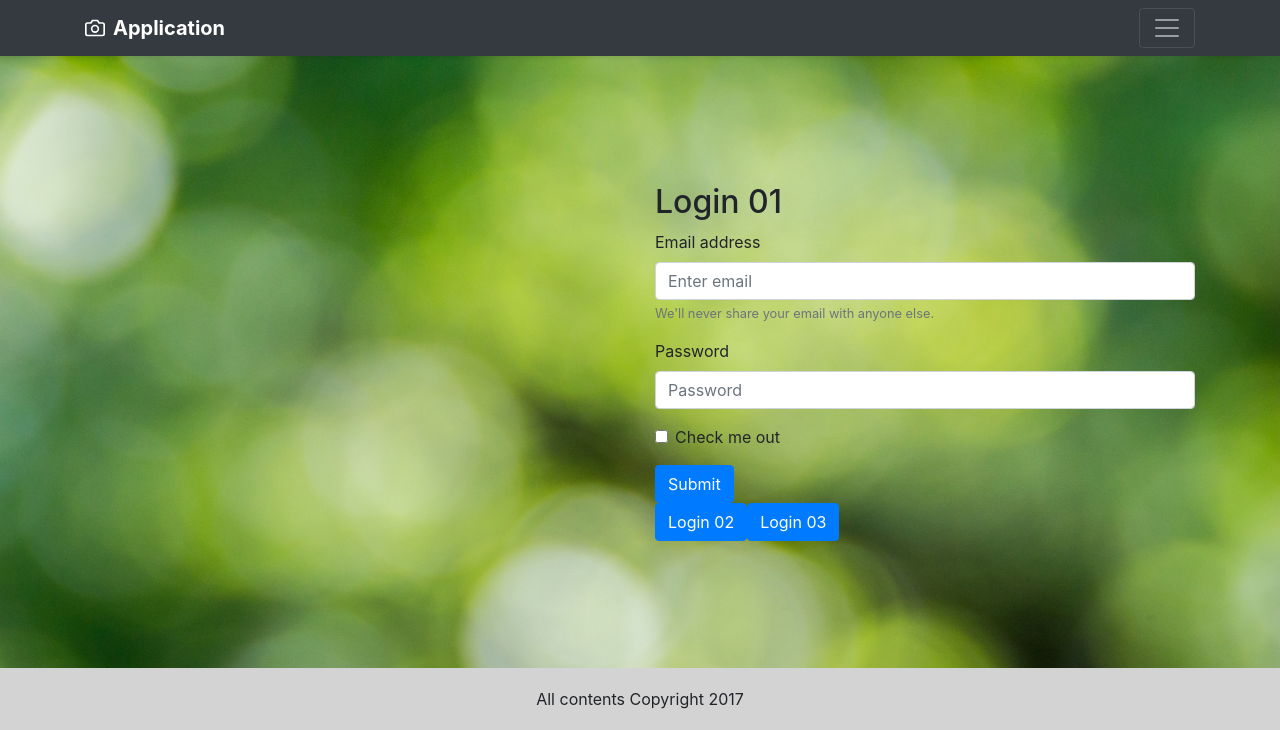
Repository: bijoysen/angular7-landing-login
Page: /
These files come from the project's save history. The page is drawn as it stood at one moment and after the next save; the edit follows.
The browser window is 1280 px wide. The pictures show the whole page.
The project was rebuilt for these pictures with package versions that can differ from the ones it lists, and the page was loaded fresh each time. Also part of the build but not shown: angular.json, src/app/pre/landing/landing.component.ts, src/app/pre/login-two/login-two.component.ts, src/app/pre/login-three/login-three.component.ts.

Above is the page before, as saved 2018-12-17 19:27:59.

After the next save:
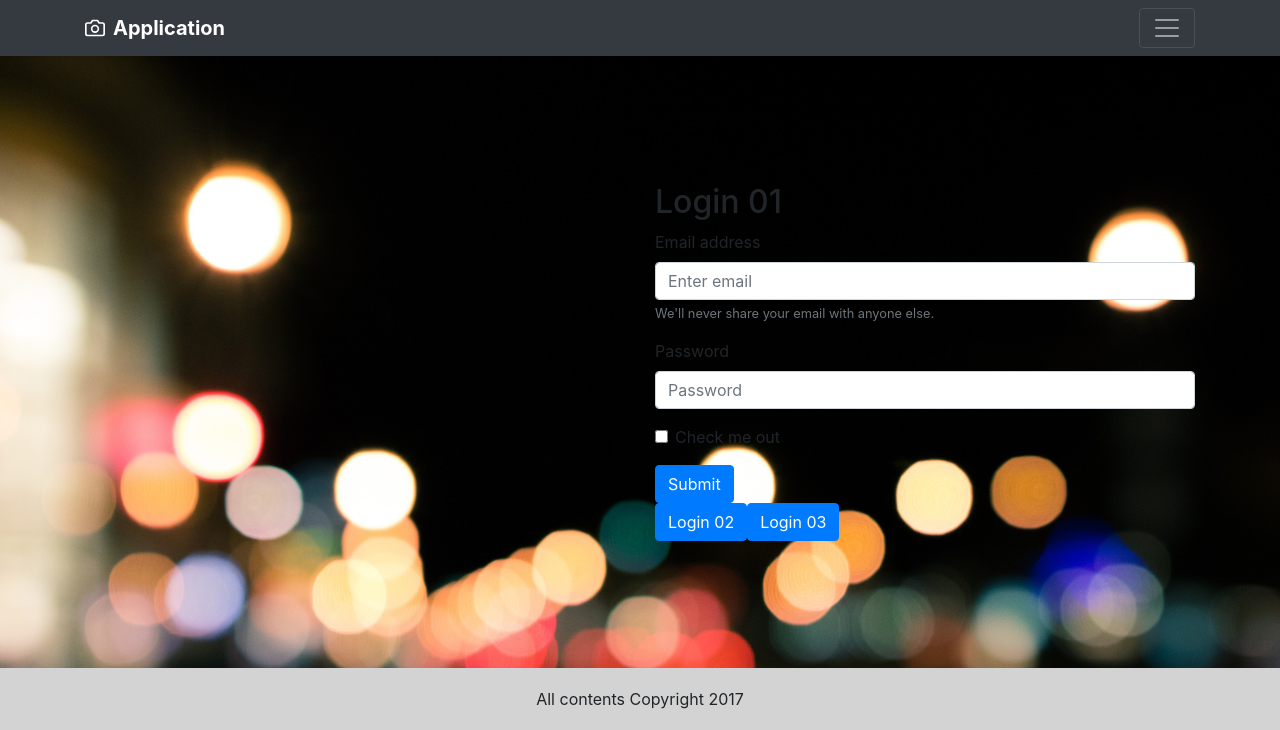
Saved 17 s later.
--- a/src/app/pre/login-one/login-one.component.html
+++ b/src/app/pre/login-one/login-one.component.html
@@ -1,5 +1,5 @@
 <!-- Common Part Start -->
-<section class="pageContent" style="background-image: url('assets/images/01.jpg')">
+<section class="pageContent" style="background-image: url('assets/images/02.jpg')">
 	<div class="container">
 		<div class="row align-items-center">
 			<div class="col-md-6"></div>
